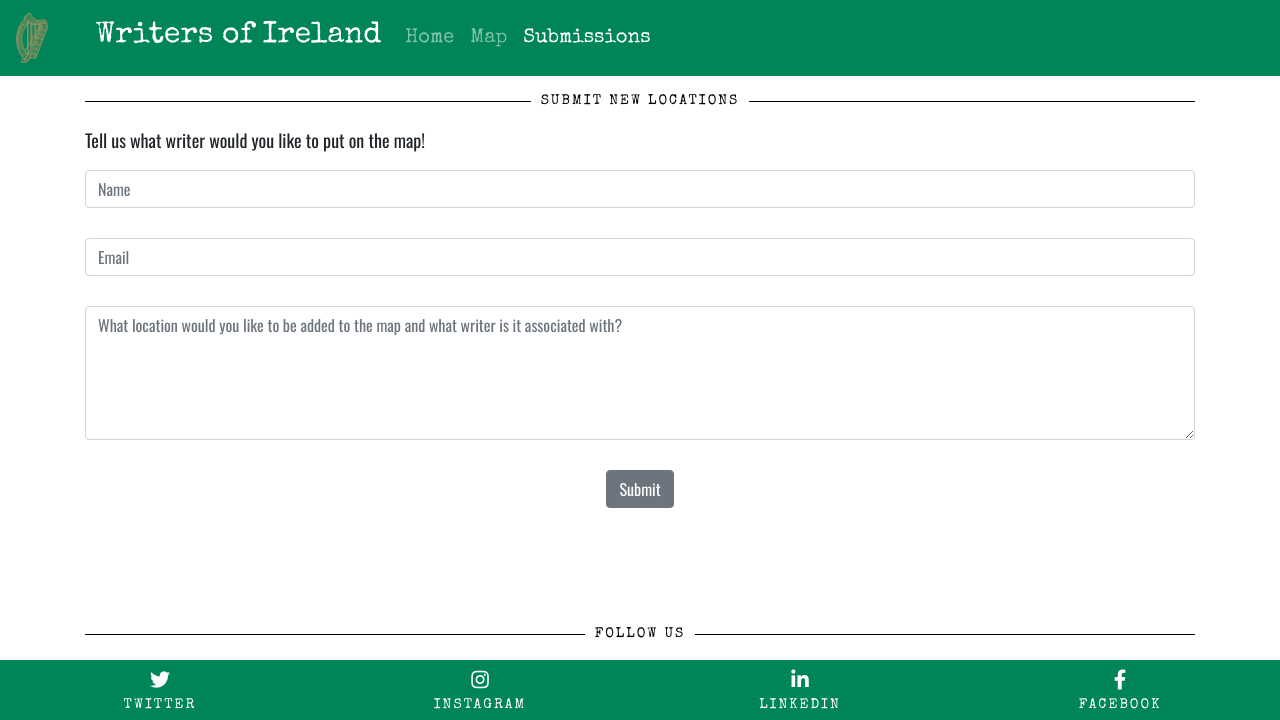
Repository: DarrenCoppinger/milestone-project-2
Page: submissions.html
The author's editor kept a record of every edit. The page is drawn from the files as they stood at one moment, then again after the next edit.
The browser window is 1280 px wide. The pictures show the whole page.
Some web libraries are served in a nearby version.

Above is the page before.
Console error: ReferenceError: emailjs is not defined

After the next edit:
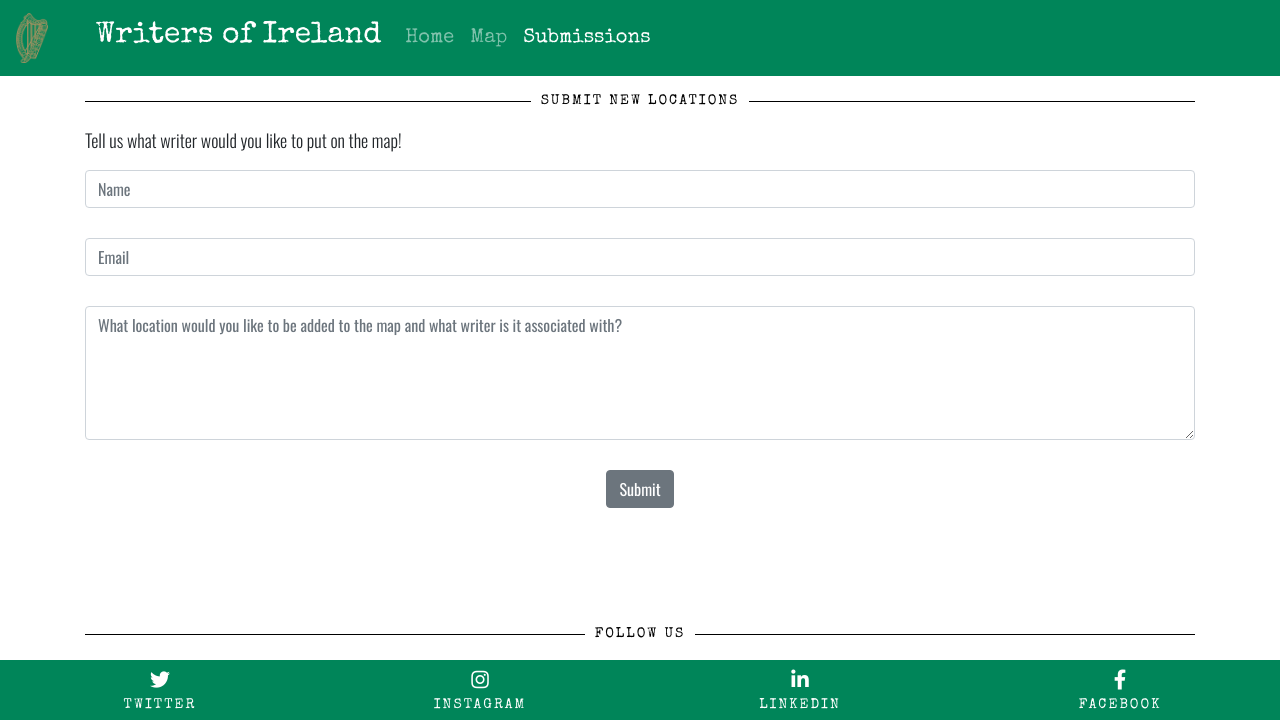
The edit:
--- a/assets/css/style.css
+++ b/assets/css/style.css
@@ -11,7 +11,7 @@
 section {
     font-family: "Oswald", sans-serif;
     font-size: 18px;
-    font-weight: 400;
+    font-weight: 300;
     margin: 25px 0px;
 }
 
